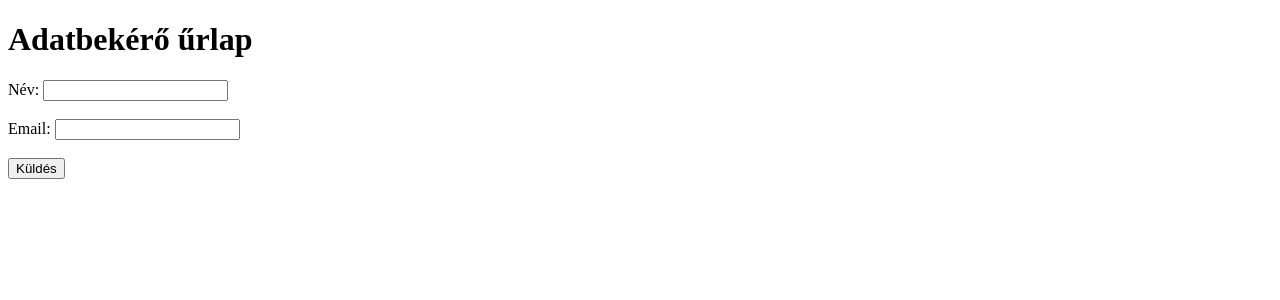
Repository: ttspeaker88/Java_web_China
Page: 5_Servlet/08_Simple_webapp/src/main/webapp/WEB-INF/form.html
An editor plug-in stored every save of this project. The page is shown before and after the next save, followed by the edit.
The browser window is 1280 px wide. The pictures show the whole page.

Above is the page before, as saved 2024-10-28 19:35:36.

After the next save:
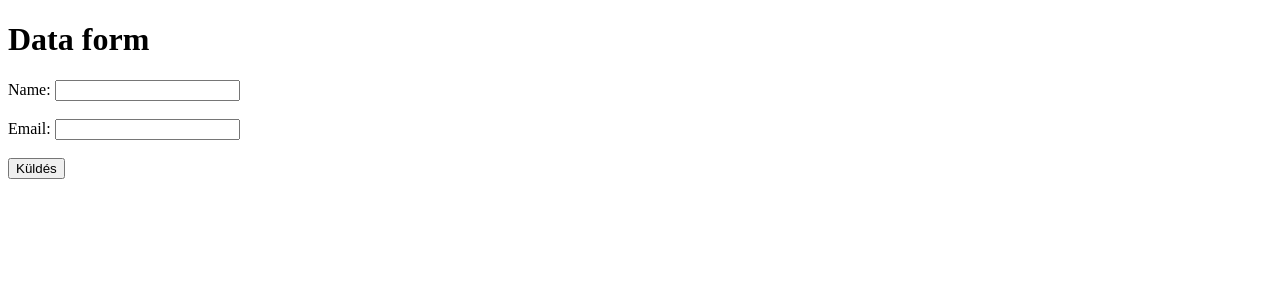
Saved 29 s later.
--- a/5_Servlet/08_Simple_webapp/src/main/webapp/WEB-INF/form.html
+++ b/5_Servlet/08_Simple_webapp/src/main/webapp/WEB-INF/form.html
@@ -3,15 +3,14 @@
 <head>
 <meta charset="UTF-8">
 <meta name="viewport" content="width=device-width, initial-scale=1.0">
-<title>Adatbekérés</title>
+<title>Data</title>
 </head>
 <body>
-	<h1>Adatbekérő űrlap</h1>
+	<h1>Data form</h1>
 	<form action="process" method="POST">
-		<label for="name">Név:</label> <input type="text" id="name"
-			name="name" required><br>
-		<br> <label for="email">Email:</label> <input type="email"
-			id="email" name="email" required><br>
+		<label for="name">Name:</label> <input type="text" id="name"
+			name="name" required><br> <br> <label for="email">Email:</label>
+		<input type="email" id="email" name="email" required><br>
 		<br> <input type="submit" value="Küldés">
 	</form>
 </body>
